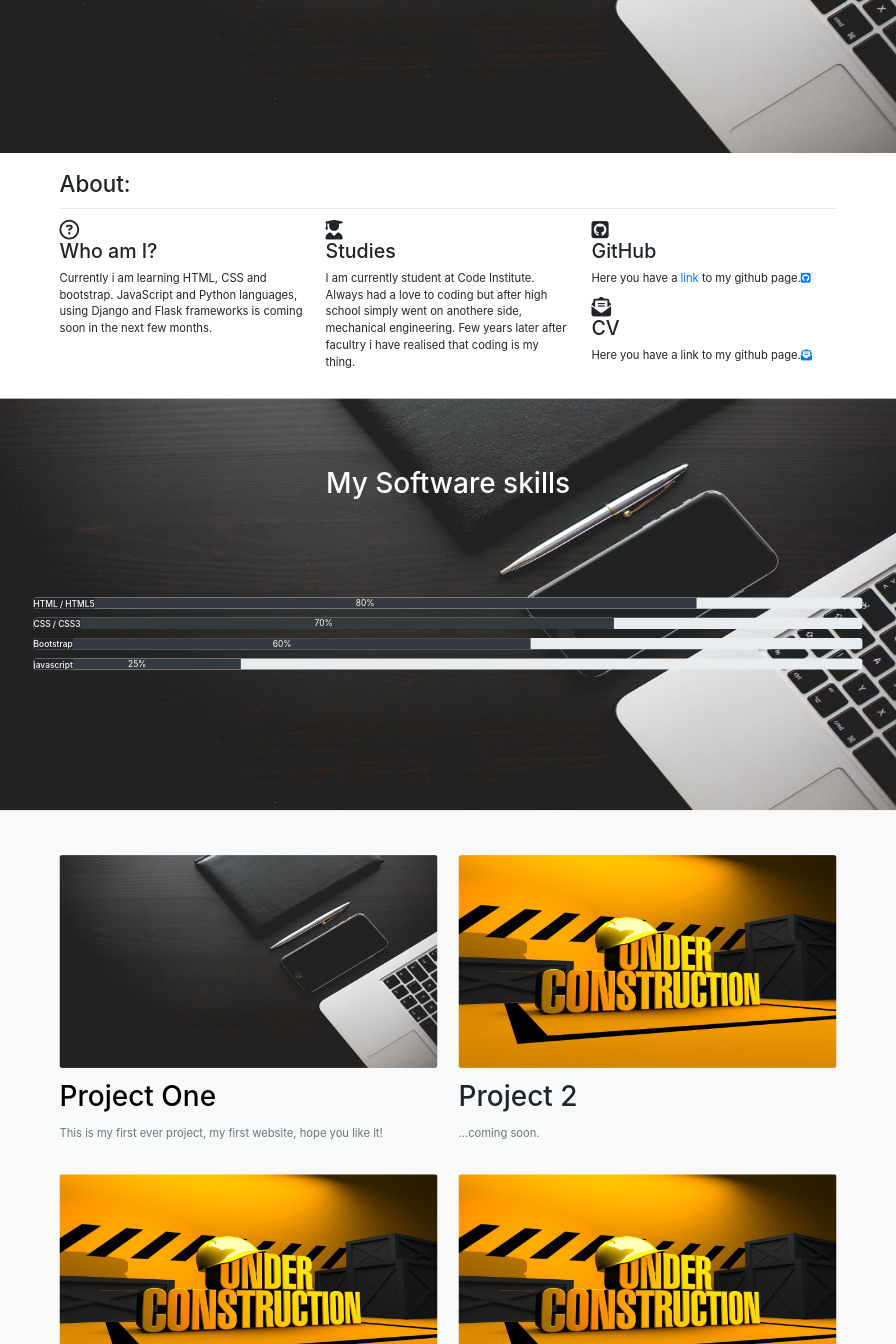
Repository: Kraljiccar/User-Centric-Frontend-Development-Milestone-Project
Page: index.html
The author's editor kept a record of every edit. The page is drawn from the files as they stood at one moment, then again after the next edit.
The browser window is 1280 px wide. The pictures show the part of the page from y = 501 to 2421 px (the page is 3403 px tall), at 70% of full size.
Backgrounds fixed to the window are drawn as part of the page. Some web fonts or font styles are not loaded; a fallback is used. Some web libraries are served in a nearby version.

Above is the page before.

### index.html
<!DOCTYPE html>
<html lang="en-US">

<head>
    <meta charset="UTF-8">
    <meta name="viewport" content="width=device-width, initial-scale=1.0">
    <meta http-equiv="X-UA-Compatible" content="ie=edge">
    <link rel="stylesheet" href="./assets/css/style.css" type="text/css" />
    <script src="https://kit.fontawesome.com/34f2385a53.js" crossorigin="anonymous"></script>
    <link rel="stylesheet" href="https://stackpath.bootstrapcdn.com/bootstrap/4.3.1/css/bootstrap.min.css" integrity="sha384-ggOyR0iXCbMQv3Xipma34MD+dH/1fQ784/j6cY/iJTQUOhcWr7x9JvoRxT2MZw1T" crossorigin="anonymous">
    <link rel="stylesheet" href="https://stackpath.bootstrapcdn.com/font-awesome/4.7.0/css/font-awesome.min.css" type="text/css" />

    <title>Nemanja Kraljic</title>
</head>

<body data-spy="scroll" data-target="#navbarResponsive">
    <nav class="navbar navbar-expand-sm transparent navbar-dark p-2 fixed-top">
        <div class="container">
  <button class="navbar-toggler" type="button" data-toggle="collapse" data-target="#navbarTogglerDemo03" aria-controls="navbarTogglerDemo03" aria-expanded="false" aria-label="Toggle navigation">
    <span class="navbar-toggler-icon"></span>
  </button>


  <div class="collapse navbar-collapse justify-content-end  " id="navbarTogglerDemo03">

    <ul class="nav navbar-nav navbar-right">
      <li class="nav-item">
        <a class="nav-link" href="#banner">Home <span class="sr-only">(current)</span></a>
      </li>
      <li class="nav-item">
        <a class="nav-link" href="#about-me">About me</a>
      </li>
       <li class="nav-item">
        <a class="nav-link" href="#skills">My skills</a>
      </li>
       <li class="nav-item">
        <a class="nav-link" href="#projects">My projects</a>
      </li>
       <li class="nav-item">
        <a class="nav-link" href="#contact">Contact me</a>
      </li>

    </ul>
    </div>
  </div>
</nav>
    <section id="banner">
        <div class="container">
            <div class="row max-viewport align-items-center text-center">
                <div class="col-md-6 ">
                    <h1 class="text-white text-uppercase fonts">Nemanja Kraljic</h1>
                    <h3 class="text-white fonts">-Software developer-</h2>

                </div>
            </div>
        </div>
    </section>
    <!-----about me----->
    <section id="about-me">
        <div class="container-wrapper">
    <div class="container features-container content-container">
        <section class="about">
            <div class="row">
                <div class="col-12 page-header">
                    <h2>About:</h2>
                    <hr class="block-devider block-devider-short block-devider--white">
                </div>
            </div>
            <div class="row">
                <div class="col-12 col-md-4 col-lg-4">
                    <div class="feature">
                        <h3><i class="far fa-question-circle d-none d-sm-block"> </i>Who am I?</h3>
                       <p>Currently i am learning HTML, CSS and bootstrap. JavaScript and Python languages, using Django and Flask frameworks is coming soon in the next few months.</p>
                    </div>
                </div>
                <div class="col-12 col-md-4 col-lg-4">
                    <div class="feature">
                        <h3><i class="fas fa-user-graduate d-none d-sm-block"> </i>Studies</h3>
                         <p>I am currently student at Code Institute. Always had a love to coding but after high school simply went on anothere side, mechanical engineering. Few years later after facultry i have realised that coding is my thing.</p>


                    </div>
                </div>
                <div class="col-12 col-md-4 col-lg-4">
                    <div class="feature">
                        <h3><i class="fab fa-github-square d-none d-sm-block"> </i>GitHub</h3>
                        <p>Here you have a <a href="https://github.com/Kraljiccar" target="_blank">link</a> to my github page.<span><a href="https://github.com/Kraljiccar" target="_blank"><i class="fab fa-github-square"></i></a></span></p>

                        <h3><i class="fas fa-envelope-open-text d-none d-sm-block"> </i>CV</h3>
                        <p>Here you have a link to my github page.<span><a href="https://github.com/Kraljiccar" target="_blank"><i class="fas fa-envelope-open-text "></i></a></span></p>

                    </div>
                </div>
            </div>

    </div>
    </div>
    </section>
    <!-----skills---->
    <section id="skills" class="p-5">
        <div class="naslov">
            <h1 class="mb-5 mt-5"> My Software skills</h1>
        </div>
       <div class="row progress-section">
                    <div class="col">
                        <div class="progress" >
                            <div class="progress-bar bg-dark" role="progressbar" aria-valuenow="80" aria-valuemin="0" aria-valuemax="100" style="width:80%;">
                                <span class="sl-only">80% </span>
                            </div>
                            <span class="progress-type">HTML / HTML5</span>
                        </div>
                        <div class="progress">
                            <div class="progress-bar bg-dark" role="progressbar" aria-valuenow="70" aria-valuemin="0" aria-valuemax="100" style="width:70%;">
                                <span class="sl-only">70% </span>
                            </div>
                            <span class="progress-type">CSS / CSS3</span>
                        </div>
                        <div class="progress">
                            <div class="progress-bar bg-dark" role="progressbar" aria-valuenow="60" aria-valuemin="0" aria-valuemax="100" style="width:60%;">
                                <span class="sl-only">60%</span>
                            </div>
                            <span class="progress-type">Bootstrap</span>
                        </div>
                        <div class="progress">
                            <div class="progress-bar bg-dark" role="progressbar" aria-valuenow="25" aria-valuemin="0" aria-valuemax="100" style="width:25%;">
                                <span class="sl-only">25% </span>
                            </div>
                            <span class="progress-type">javascript</span>
                        </div>

                    </div>
                </div>
</div>
</div>
    </section>

    <section id="projects" class="p-5 bg-light">
        <div class="container">
            <div class="row">
                <div class="col-sm-6 my-3" >
                  <a class="project-link" href="#banner">  <img src="assets/images/office.jpg" alt="#" class="img-fluid rounded" alt="picture">
                    <h1 class="my-3">Project One</h1>
                    <p class="text-muted">This is my first ever project, my first website, hope you like it!</p>
               </a>
                </div>
                <div class="col-sm-6 my-3">
                    <img src="assets/images/under-construction.jpg" alt="#" class="img-fluid rounded" alt="picture">
                    <h1 class="my-3">Project 2</h1>
                    <p class="text-muted">...coming soon.</p>
                </div>
                <div class="col-sm-6 my-3">
                    <img src="assets/images/under-construction.jpg" alt="#" class="img-fluid rounded" alt="picture">
                    <h1 class="my-3">Project #</h1>
                    <p class="text-muted">...coming soon.</p>
                </div>
                <div class="col-sm-6 my-3">
                    <img src="assets/images/under-construction.jpg" alt="#" class="img-fluid rounded" alt="picture">
                    <h1 class="my-3">Project 4</h1>
                    <p class="text-muted">...coming soon.</p>
                </div>


            </div>
        </div>
    </section>
    <section id="contact">
        <div class="container">
            <div class="row justify justify-content-center">
                <div class="col-11 col-md-8 col-lg-6 col-xl-5">
                    <form class="">
                        <div class="card bg-transparent">
                            <div class="row mt-0">
                                <div class="col-md-12 ">
                                    <h4 class="">Contact Me</h4>
                                    <p>Feel free to contact me if you have any projects or job for me.</p>
                                </div>
                            </div>
                            <div class="form-group row mb-3">
                                <div class="col-md-12 mb-0">
                                    <p class="mb-1">Email</p> <input id="e-mail" type="text" placeholder="Enter your email" name="email" class="form-control input-box rm-border">
                                </div>
                            </div>
                            <div class="form-group row">
                                <div class="col-md-12 mb-2">
                                    <p class="mb-1">Message</p> <textarea id="message" type="text" placeholder="Enter your message" name="message" class="form-control input-box rm-border"></textarea>
                                </div>
                            </div>
                            <div class="form-group row justify-content-center mb-0">
                                <div class="col-md-12 px-3"> <input type="submit" value="Send" class="btn btn-block btn-dark rm-border"> </div>
                            </div>
                        </div>
                    </form>
                </div>
            </div>
        </div>
    </section>
    <section id="footer" class="p-2 bg-dark">
        <div class="container">
            <div class="row">
                <div class="col text-center">
                    <h4 class="text-white text-capiralize">&copy;Copyright Kraljic 2019</h4>
                </div>
            </div>
        </div>

    </section>
    <!-----Script---->
    <script src="https://code.jquery.com/jquery-3.3.1.slim.min.js" integrity="sha384-q8i/X+965DzO0rT7abK41JStQIAqVgRVzpbzo5smXKp4YfRvH+8abtTE1Pi6jizo" crossorigin="anonymous"></script>
    <script src="https://cdnjs.cloudflare.com/ajax/libs/popper.js/1.14.7/umd/popper.min.js" integrity="sha384-UO2eT0CpHqdSJQ6hJty5KVphtPhzWj9WO1clHTMGa3JDZwrnQq4sF86dIHNDz0W1" crossorigin="anonymous"></script>
    <script src="https://stackpath.bootstrapcdn.com/bootstrap/4.3.1/js/bootstrap.min.js" integrity="sha384-JjSmVgyd0p3pXB1rRibZUAYoIIy6OrQ6VrjIEaFf/nJGzIxFDsf4x0xIM+B07jRM" crossorigin="anonymous"></script>
</body>

</html>

### assets/css/style.css
@import url('https://fonts.googleapis.com/css?family=Calistoga&display=swap');

body {
 font-family: 'Calistoga', cursive;

  margin: 0;
  padding: 0;
}

.transparent {
  background-color: rgba(0, 0, 0, 0.6);
}

/*---------------------------------------------Home */

.fonts {
  font-family: 'Calistoga', cursive;
}

.max-viewport {
  min-height: 100vh;
}


#banner,
#skills {
  background: url("../images/office.jpg"), linear-gradient(rgba(179, 179, 179, 1), rgba(247, 247, 247, 1));
  background-attachment: fixed;
  background-position: center center;
  background-repeat: no-repeat;
  background-size: cover;


}
.h3sd {
  text-decoration: underline;
}
/*---------------------------------------------About me */

.container-wrapper {

  margin-top: 25px;
  margin-bottom: 25px;
}
/*---------------------------------------------My skills */
.naslov {
  color: #fff;
}

.naslov h1 {
  text-align: center;
}

.progress {
  position: relative;
  height: 25px;
  margin-bottom: 13px;
}

.progress-type {
  position: absolute;
  left: 0px;
  font-weight: 500;
  color: #fafafa;
  background-color: rgba(25, 25, 25, 0.6);

}

.progress-section {
  margin: 140px 20px;
  background-color: transparent;

}

/*---------------------------------------------My projects */

.img-fluid {
  width: 100%;
  height: 20%;
  background-position: center;
  background-size: cover;
  background-repeat: no-repeat;

}

.project-link {
  color: black;
}

.img-fluid:hover {
  transform: translateY(-50px), translatex(-50px);
  box-shadow: 0 15px 35px rgba(0, 0, 0, 0.9);
}



.project-link:hover {
  color: grey;
}

/*---------------------------------------------Contact me */

#contact {
  width: 100%;
  height: 95vh;
  background-image: url(../images/keyboard.jpg);
  background-position: center center;
  background-size: cover;
  background-attachment: fixed;
}

.box {
  margin: auto
}

.card {
  padding: 8%;
  padding-top: 35px;
  margin-top: 60px;
  margin-bottom: 80px
}

textarea[name="message"] {
  resize: none
}

#e-mail {
  height: 45px
}

#message {
  height: 120px
}

input.input-box,
textarea.input-box {
  background-color: #fff;
  border: #616161;
  color: #000;
}

input.input-box:focus,
textarea.input-box:focus {
  background-color: #F5F5F5;
  color: #000;
}

.rm-border:focus {
  border-color: inherit;
  -webkit-box-shadow: none;
  box-shadow: none
}

form .form-control::-webkit-input-placeholder {
  color: #9E9E9E
}


/*---------------------------------------------footer */

#footer{
  margin-bottom: 0;
  background: fixed;
}

After the next edit:
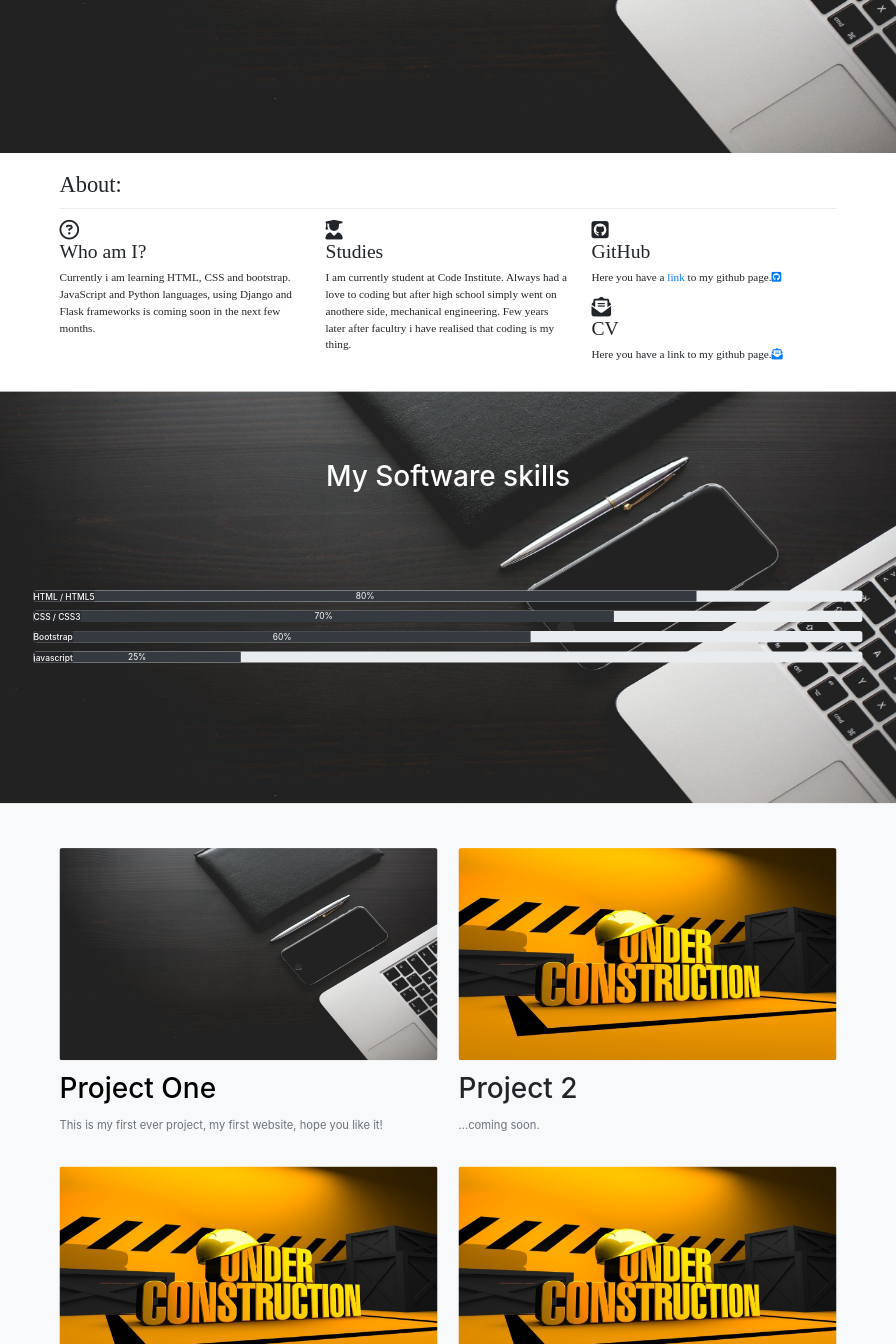
The edit:
--- a/index.html
+++ b/index.html
@@ -57,7 +57,7 @@
     </section>
     <!-----about me----->
     <section id="about-me">
-        <div class="container-wrapper">
+        <div class="container-wrapper fonts">
     <div class="container features-container content-container">
         <section class="about">
             <div class="row">
